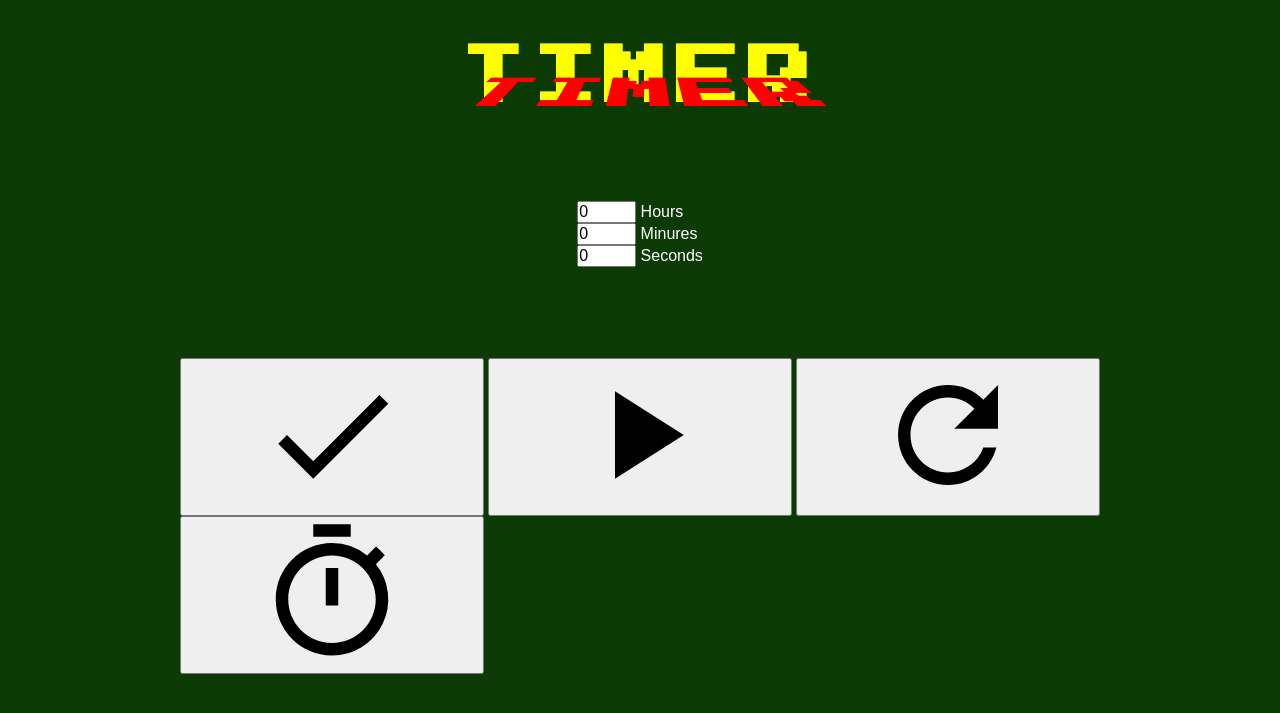
Repository: KrzysKolo/Projekt-12_Timer
Page: index.html
An editor plug-in stored every save of this project. The page is shown before and after the next save, followed by the edit.
The browser window is 1280 px wide. The pictures show the whole page.
Some web fonts or font styles are not loaded; a fallback is used.

Above is the page before, as saved 2020-06-24 20:34:39.

After the next save:
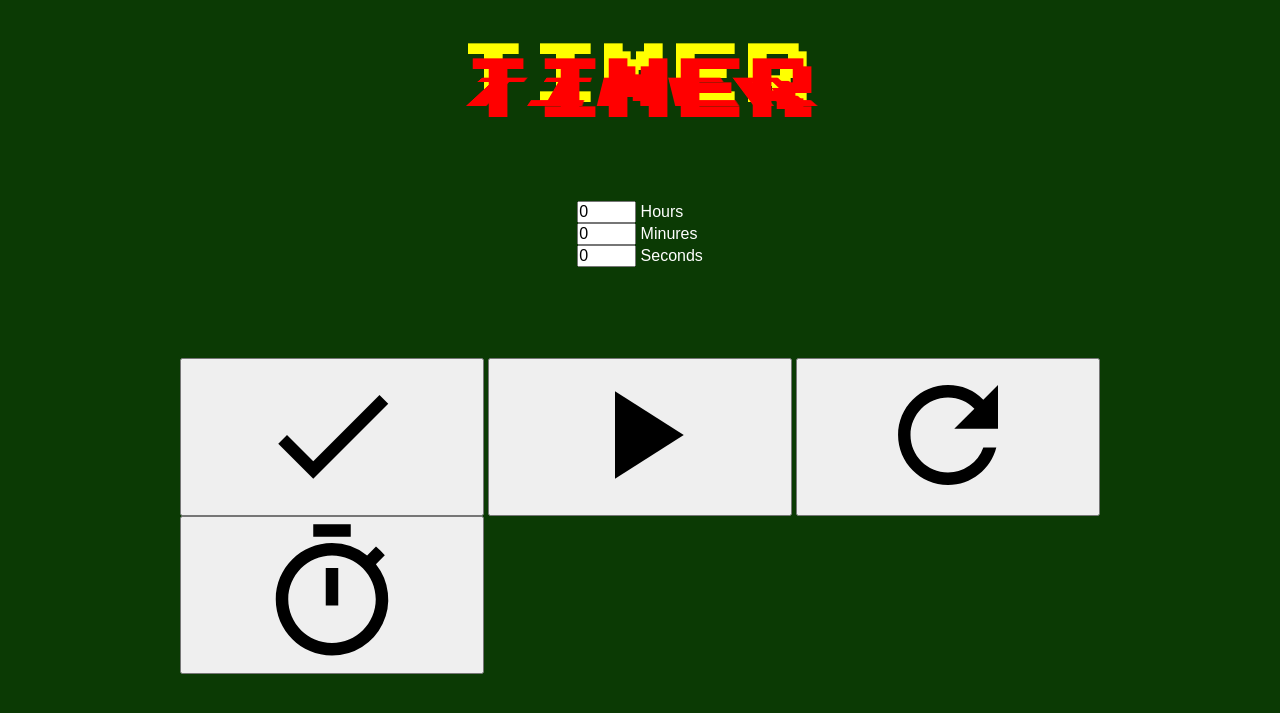
Saved 17 s later.
--- a/css/style.css
+++ b/css/style.css
@@ -41,7 +41,7 @@
 
   position: relative;
 }
-.timer__heading::before {
+.timer__heading::after {
   content: attr(data-text);
   color: red;
   font-size: 4rem;

After the save that followed:
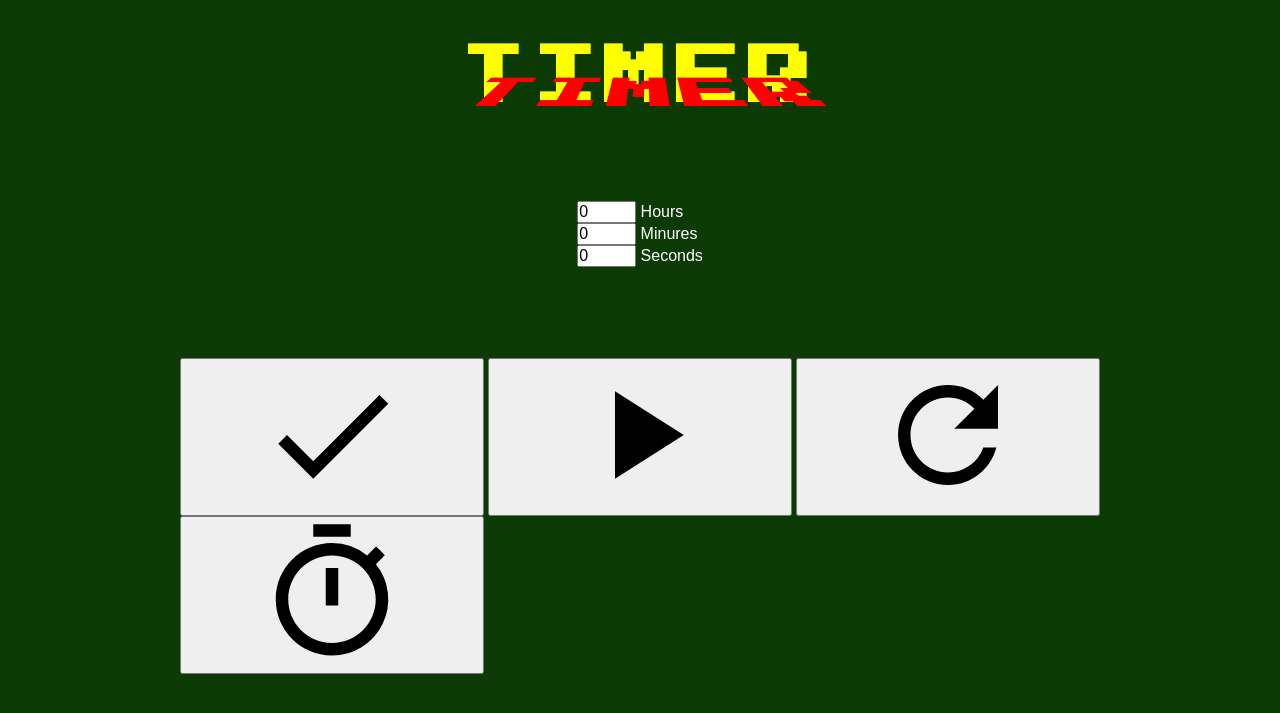
Saved 32 s later.
--- a/css/style.css
+++ b/css/style.css
@@ -41,7 +41,7 @@
 
   position: relative;
 }
-.timer__heading::after {
+.timer__heading::before {
   content: attr(data-text);
   color: red;
   font-size: 4rem;
